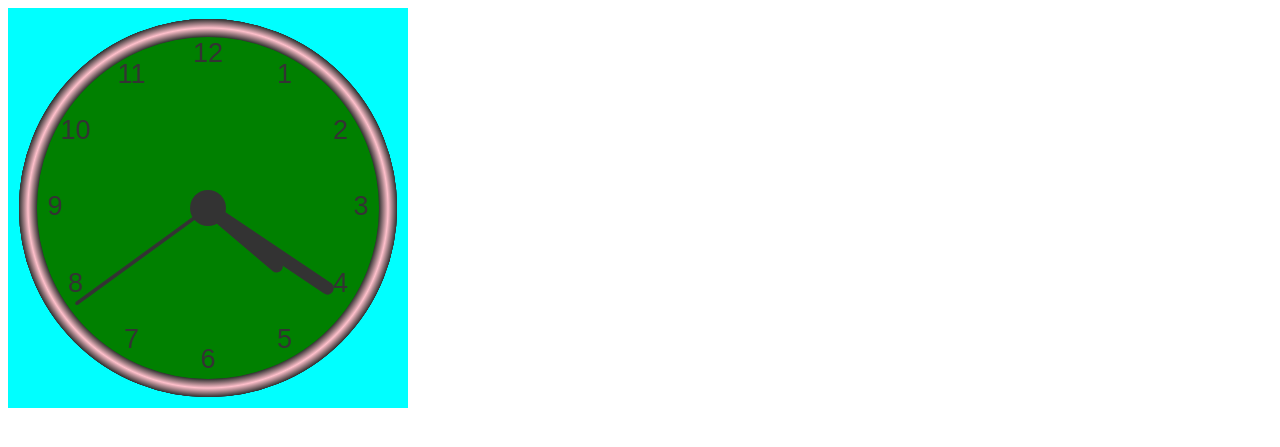
Repository: ManojAndroid/WellcomeToAndroidApp
Page: AddressBook_App/Canvas_Project/WebContent/Clock.html
These files come from the project's save history. The page is drawn as it stood at one moment and after the next save; the edit follows.
The browser window is 1280 px wide. The pictures show the whole page.

Above is the page before, as saved 2017-04-20 13:08:21.

### AddressBook_App/Canvas_Project/WebContent/Clock.html
<!DOCTYPE html>
<html>
<body>

<canvas id="canvas" width="400" height="400"
style="background-color:cyan">
</canvas>

<script>
var canvas = document.getElementById("canvas");
var ctx = canvas.getContext("2d");
var radius = canvas.height / 2;
ctx.translate(radius, radius);
radius = radius * 0.90
setInterval(drawClock, 1000);

function drawClock() {
  drawFace(ctx, radius);
  drawNumbers(ctx, radius);
  drawTime(ctx, radius);
}

function drawFace(ctx, radius) {
  var grad;
  ctx.beginPath();
  ctx.arc(0, 0, radius, 0, 2*Math.PI);
  ctx.fillStyle = 'green';
  ctx.fill();
  grad = ctx.createRadialGradient(0,0,radius*0.95, 0,0,radius*1.05);
  grad.addColorStop(0, '#333');
  grad.addColorStop(0.5, 'pink');
  grad.addColorStop(1, '#333');
  ctx.strokeStyle = grad;
  ctx.lineWidth = radius*0.1;
  ctx.stroke();
  ctx.beginPath();
  ctx.arc(0, 0, radius*0.1, 0, 2*Math.PI);
  ctx.fillStyle = '#333';
  ctx.fill();
}

function drawNumbers(ctx, radius) {
  var ang;
  var num;
  ctx.font = radius*0.15 + "px arial";
  ctx.textBaseline="middle";
  ctx.textAlign="center";
  for(num = 1; num < 13; num++){
    ang = num * Math.PI / 6;
    ctx.rotate(ang);
    ctx.translate(0, -radius*0.85);
    ctx.rotate(-ang);
    ctx.fillText(num.toString(), 0, 0);
    ctx.rotate(ang);
    ctx.translate(0, radius*0.85);
    ctx.rotate(-ang);
  }
}

function drawTime(ctx, radius){
    var now = new Date();
    var hour = now.getHours();
    var minute = now.getMinutes();
    var second = now.getSeconds();
    //hour
    hour=hour%12;
    hour=(hour*Math.PI/6)+
    (minute*Math.PI/(6*60))+
    (second*Math.PI/(360*60));
    drawHand(ctx, hour, radius*0.5, radius*0.07);
    //minute
    minute=(minute*Math.PI/30)+(second*Math.PI/(30*60));
    drawHand(ctx, minute, radius*0.8, radius*0.07);
    // second
    second=(second*Math.PI/30);
    drawHand(ctx, second, radius*0.9, radius*0.02);
}

function drawHand(ctx, pos, length, width) {
    ctx.beginPath();
    ctx.lineWidth = width;
    ctx.lineCap = "round";
    ctx.moveTo(0,0);
    ctx.rotate(pos);
    ctx.lineTo(0, -length);
    ctx.stroke();
    ctx.rotate(-pos);
}
</script>

</body>
</html>

After the next save:
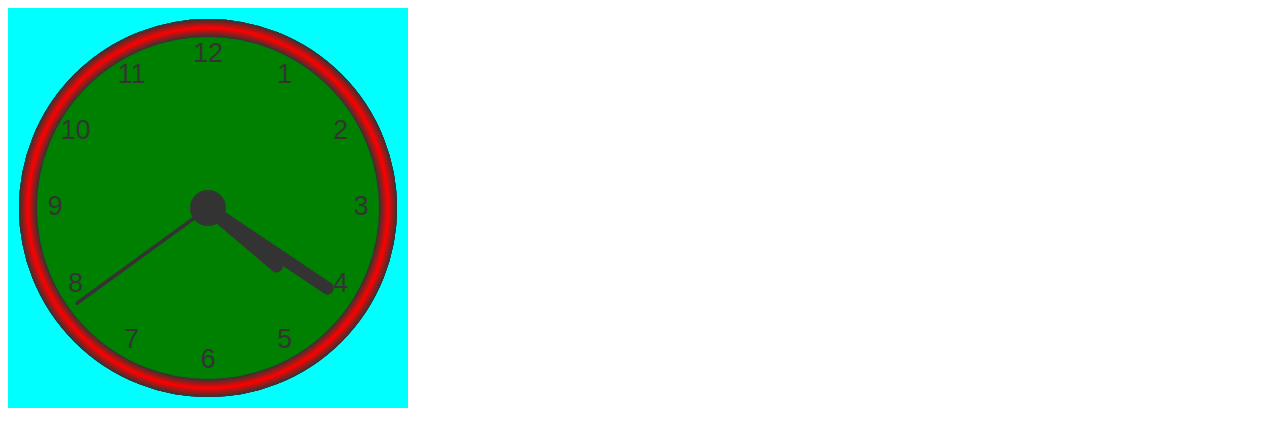
Saved 44 s later.
--- a/AddressBook_App/Canvas_Project/WebContent/Clock.html
+++ b/AddressBook_App/Canvas_Project/WebContent/Clock.html
@@ -28,7 +28,7 @@ function drawFace(ctx, radius) {
   ctx.fill();
   grad = ctx.createRadialGradient(0,0,radius*0.95, 0,0,radius*1.05);
   grad.addColorStop(0, '#333');
-  grad.addColorStop(0.5, 'pink');
+  grad.addColorStop(0.5, 'red');
   grad.addColorStop(1, '#333');
   ctx.strokeStyle = grad;
   ctx.lineWidth = radius*0.1;
